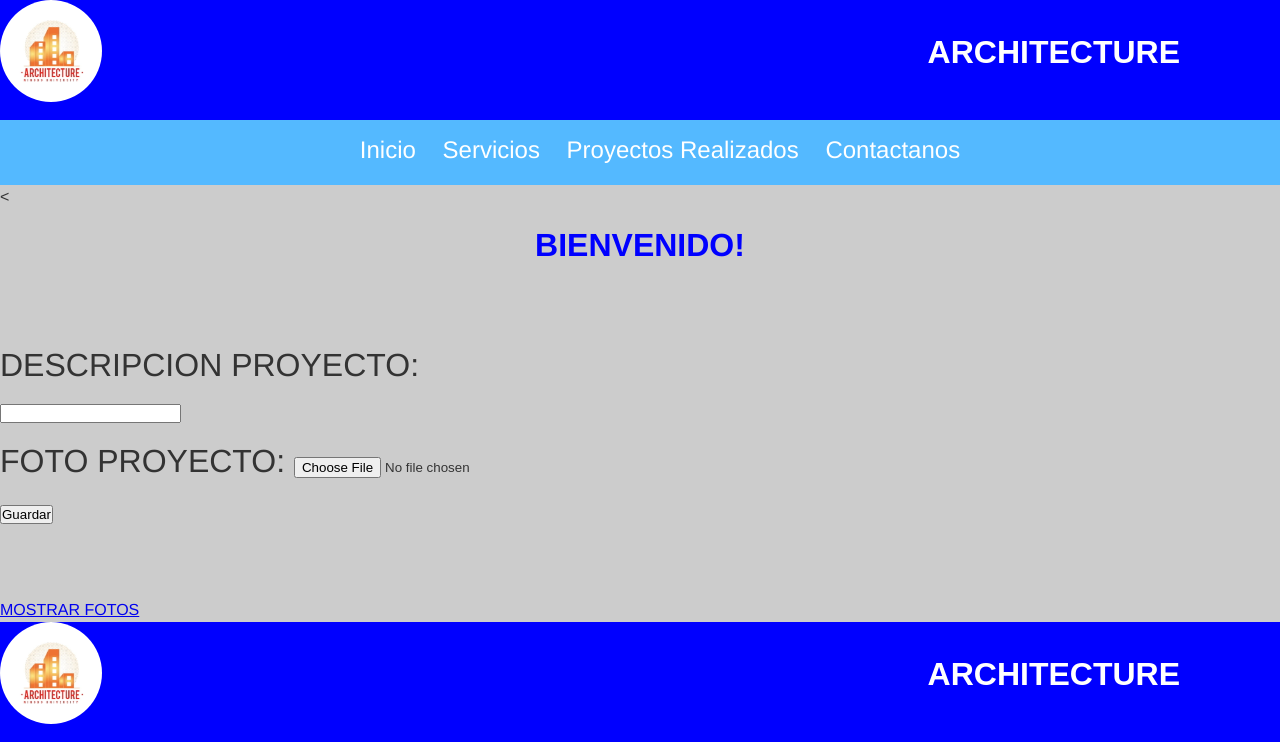
Repository: gabrielestrella18/htdocs
Page: http://localhost/arquitectos/control.php
An editor plug-in stored every save of this project. The page is shown before and after the next save, followed by the edit.
The browser window is 1280 px wide. The pictures show the whole page.
The page is run by PHP 8.4 with error messages shown; the project is at /var/www/html/.

Above is the page before, as saved 2023-12-11 01:11:33.

### arquitectos/control.php
<!DOCTYPE html>
<html lang="en">
  <head>
    <title></title>
    <meta charset="UTF-8">
    <meta name="viewport" content="width=device-width, initial-scale=1">
    <link href="estilo.css" rel="stylesheet">
  </head>
  <body>

<?php

include  "arriba.php"
?>

<?php
include "menu.php"
?>
<
<br><br>

<h5>BIENVENIDO!</h5>
<br><br><br>

<div class="ancho">
      <Form  id="form2" name="form2" method="post" action="recibir.php" enctype="multipart/form-data">

        <br>
        <P class="descri">DESCRIPCION PROYECTO: </P>
        <br>
<div>
  <input type="text" name="descripcion" id="descripcion" required />
  <br><br>
</div>

<p>FOTO PROYECTO: <input type="file" name="imagen"/> </p>
<br>

<div>
<button type="submit" name="guardarfoto" id="guardarfoto">Guardar</button>

</div>

<br><br>

      </Form>
      </div>
      <br>
<div class="alinear" >
  <a href="mostrar-solo-datos.php" id="mostrar">MOSTRAR FOTOS</a>
</div>


    </div>


<?php
include "abajo.php"
?>


  </body>
</html>

### arquitectos/arriba.php
<div class="azul">
  <img  class="lg"src="imagenes/arch.jpg" alt="">

  <h1>ARCHITECTURE</h1>
</div>

### arquitectos/menu.php
<div class="menu">
<div class="menuOpciones">
            <a href="index.php">Inicio</a>
            <a href="servicios.php">Servicios</a>
            <a href="proyectos.php">Proyectos Realizados</a>
            <a href="contactos.php">Contactanos</a>
            </div>

</div>

### arquitectos/abajo.php

<div class="azul">
  <img  class="lg"src="imagenes/arch.jpg" alt="">

  <h1>ARCHITECTURE</h1>
</div>

### arquitectos/estilo.css
* {
    box-sizing: border-box;
    margin: 0;
    padding: 0;
}

body {
    font-family: helvetica;
    font-size: 16px;
    line-height: 24px;
    color: #333;
    background-color: #cccccc;
    max-width: 1400px;
}

.azul {
    background-color: blue;
    padding-bottom: 120px;
}

.lg {
    float: left;
    width: 8%;
    height: 8%;
    border-radius: 80px;
}

h1 {
    color: white;
    float: right;
    font-family: sans-serif;
    text-align: end;
    padding-top: 40px;
    padding-right: 100px;
}

.menu {
    border: 1px #54b9ff solid;
    background-color: #54b9ff;
    height: 65px;
}

.menuOpciones {
    padding-top: 12px;
    text-align: center;
    margin-top: 5px;
    padding-left: 40px;
    font-size: x-large;
}

.menuOpciones a {
    text-decoration: none;
    color: white;
    padding: 10px;
}

.menuOpciones a:hover {
    color: #373b39;
    background-color: #0afc83;
    padding-top: 16px;
    padding-bottom: 21px;
}

.contenedor_fondo {
    width: 1350px;
    height: 600px;
    margin: auto;
    background-image: url(imagenes/fondoarq.jpg);
    background-repeat: no-repeat;
    background-size: cover;
}

.textofoto {
    color: rgb(7, 2, 2);
    margin: auto;
    text-align: center;
    line-height: 35px;
    padding-top: 200px;
    font-size: x-large;
}

.video {
    text-align: center;
    background-color: #373b39;
    border-radius: 100px;
    width: 700px;
    margin: auto;
    padding-top: 40px;
    padding-bottom: 40px;
}

.botoncito {
    text-align: center;
}

.boton1 {
    color: #ece80f;
    background-color: #ce1111;
    padding-top: 20px;
    padding-bottom: 20px;
    padding-left: 10px;
    padding-right: 10px;
    border-radius: 20px;
    text-decoration: none;
}

h3 {
    text-align: center;
}

.serv {
    background-color: #ece80f;
    padding-top: 20px;
    padding-bottom: 20px;
    padding-left: 10px;
    padding-right: 10px;
    border-radius: 20px;
}

.ser {
    padding-left: 450px;
    padding-right: 450px;
}

p {
    font-weight: 400px;
    font-size: xx-large;
}

.text {
    text-align: center;
}

.caja1 {
    float: left;
    padding-left: 150px;
    padding-top: 60px;
}

.caja2 {
    float: right
}

.plan {
    width: 70%;
    height: 70%;
}

.rojo {
    color: rgb(255, 0, 0);
    font-weight: 800;
}

.text {
    color: black;
    font-size: large;
}

.caja3 {
    float: right;
    padding-right: 200px;
    padding-top: 120px;
}

.caja4 {
    float: left;
}

.co {
    padding-left: 100px;
    width: 600px;
    height: 320px;
}

.caja5 {
    float: left;
    padding-left: 150px;
    padding-top: 60px;
}

.caja6 {
    float: right;
    padding-right: 200px;
}

.re {
    width: 450px;
    height: 300px;
}

.display {
    display: inline-block;
    width: 1350px;
}

.mira {
    text-align: center;
    display: inline-block;
    width: 700px;
}

.ubica {
    display: inline-block;
    width: 600px;
    text-align: center;
    padding-left: 150px;
}

.ubi {
    width: 600px;
    height: 300px;
}

.boton2 {
    color: #ece80f;
    background-color: #ce1111;
    padding-top: 20px;
    padding-bottom: 20px;
    padding-left: 10px;
    padding-right: 10px;
    border-radius: 20px;
    text-decoration: none;
}

.rapi {
    color: rgb(243, 243, 248);
    font-family: 'Franklin Gothic Medium';
    font-size: large;
    background-color: rgb(68, 67, 66);
    border-radius: 20px;
    padding-top: 10px;
    padding-bottom: 10px;
    display: inline-block;
    padding-left: 10px;
    padding-right: 10px;
}

.cuadrado {
    border: 4px #eaeaea solid;
    background-color: #eaeaea;
    padding: 6px 50px;
}

.campos {
    border-radius: 20px;
    border: 1px #999 solid;
    padding: 7px;
    width: 400px;
    /* para que se separen */
    margin-left: 20px;
}

.boton3 {
    padding: 5px 10px;
    margin-left: 35px;
    color: #f0dbdb;
    background-color: #ff5454;
    border-radius: 20px;
    padding-top: 18px;
    padding-bottom: 18px;
    padding-left: 20px;
    padding-right: 20px;
}

.boton3:hover {
    background-color: #38065a;
    color: white;
}

.boton4 {
    padding: 5px 10px;
    background-color: aqua;
    border-radius: 20px;
    padding-top: 18px;
    padding-bottom: 18px;
    padding-left: 20px;
    padding-right: 20px;
}

.boton4:hover {
    background-color: #aaff0b;
    color: white;
}

.centro {
    text-align: center;
}

.contenedor2 {
    width: 1350px;
    height: 700px;
    margin: auto;
    background-image: url(imagenes/muchos.gif);
    background-repeat: no-repeat;
    background-size: cover;
}

h4 {
    color: blue;
    text-align: center;
    font-size: xx-large;
}

.admi {
    text-align: center;
}

.ad {
    color: white;
    background-color: rgb(46, 42, 42);
    border-radius: 20px;
    padding-top: 10px;
    padding-bottom: 10px;
    padding-left: 10px;
    padding-right: 10px;
}

h5 {
    color: blue;
    text-align: center;
    font-size: xx-large;
}

#proy {
    color: white;
    background-color: rgb(5, 5, 48);
    border-radius: 20px;
    padding-top: 10px;
    padding-bottom: 10px;
    padding-left: 10px;
    padding-right: 10px;
    text-decoration: none;
}

.alin {
    display: inline-block;
    width: 600px;
    text-align: center;
}

.lateral {
    display: inline-block;
    width: 1300px;
}

.mueble {
    display: inline-block;
    width: 600px;
}

.mueb {
    width: 70%;
    height: 90%;
}

After the next save:
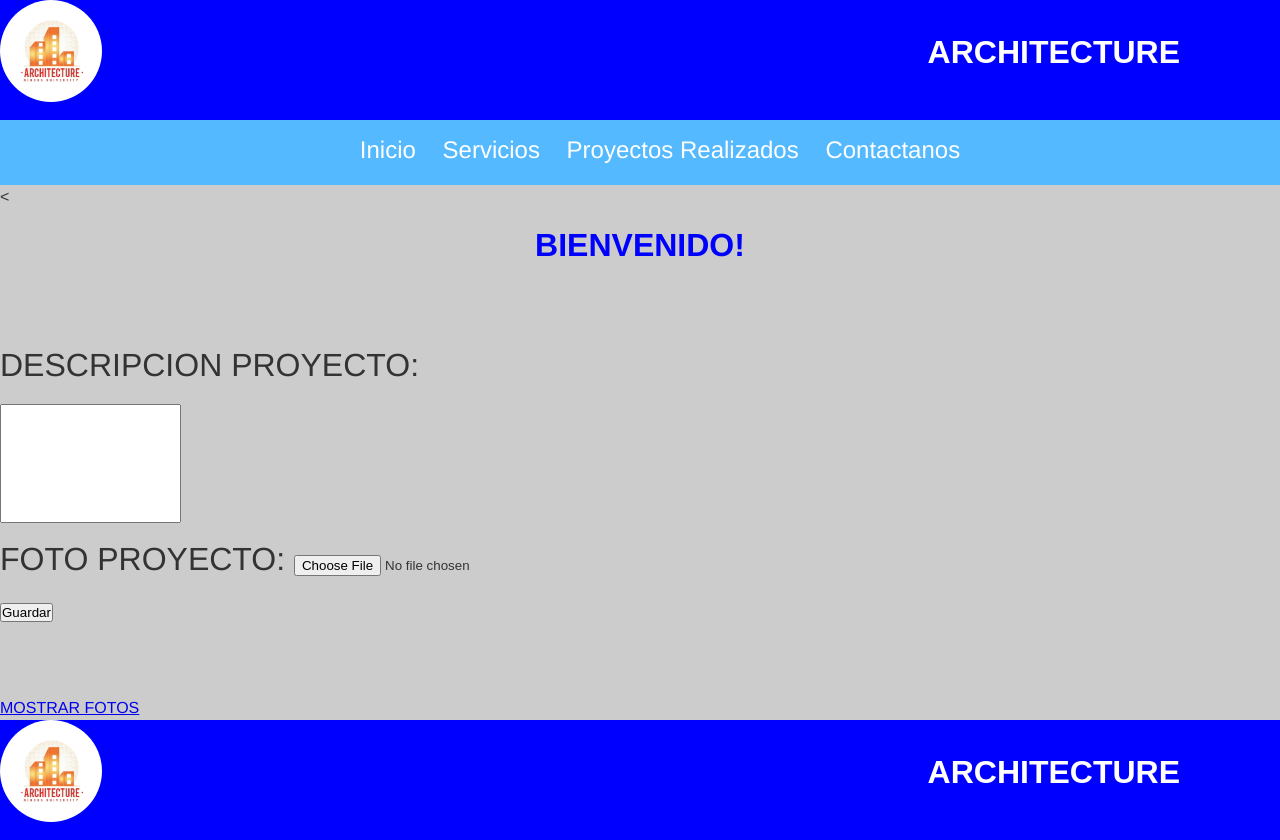
Saved 33 s later.
--- a/arquitectos/estilo.css
+++ b/arquitectos/estilo.css
@@ -352,3 +352,7 @@ h5 {
     width: 70%;
     height: 90%;
 }
+
+#descripcion {
+    padding-bottom: 100px;
+}
